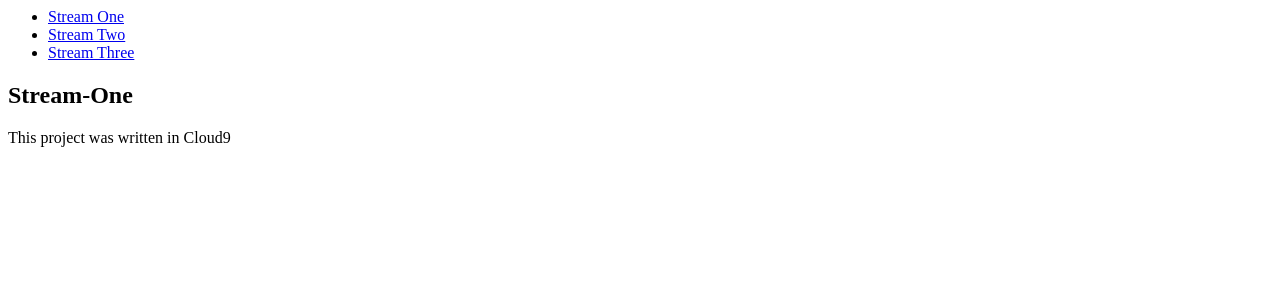
Repository: nosugref/my-first-website
Page: stream-one.html
The author's editor kept a record of every edit. The page is drawn from the files as they stood at one moment, then again after the next edit.
The browser window is 1280 px wide. The pictures show the whole page.

Above is the page before.

After the next edit:
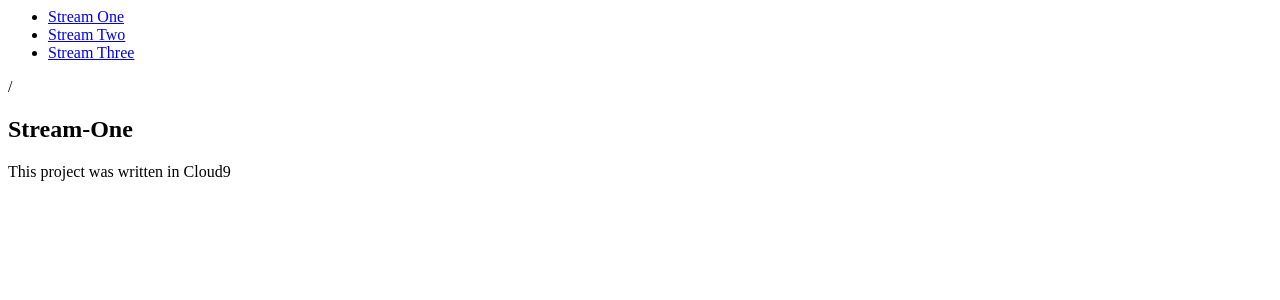
The edit:
--- a/stream-one.html
+++ b/stream-one.html
@@ -9,6 +9,7 @@
             <li><a href="stream-two.html">Stream Two</a></li>
             <li><a href="stream-three.html">Stream Three</a></li>
         </ul>
+        /<body></body>
         <h1>Stream-One</h1>
         <p>This project was written in Cloud9</p>
     </body>
